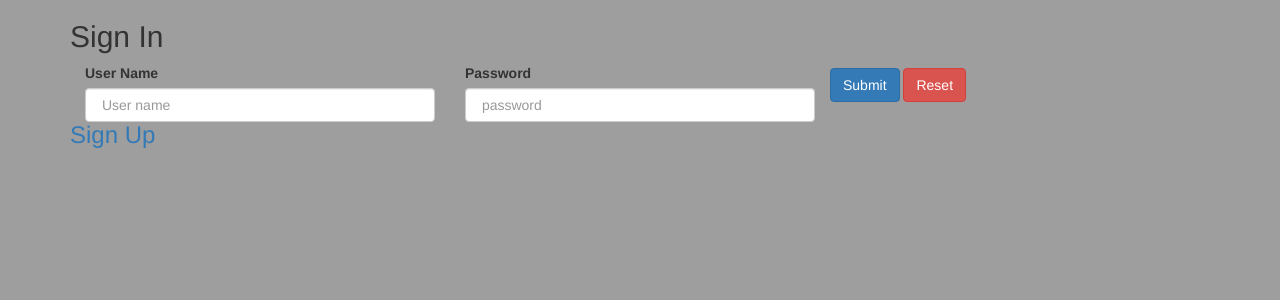
Repository: AravindMarshall/ShoppingCart
Page: http://localhost/Phineas/Login.jsp
The author's editor kept a copy of each file at every save. The page is drawn from the files as they stood at one save, then again after the next save.
The browser window is 1280 px wide. The pictures show the whole page.
The page is served by Tomcat 9. Other server files are loaded and not shown.

Above is the page before, as saved 2016-06-13 11:23:51.

### NIIT Shopping Cart/Phineas/WebContent/Login.jsp
<%@ page language="java" contentType="text/html; charset=ISO-8859-1"
    pageEncoding="ISO-8859-1"%>
<html>
<head>
<meta http-equiv="Content-Type" content="text/html; charset=ISO-8859-1">
<meta name="viewport" content="width=device-width, initial-scale=1">
  <link rel="stylesheet" href="http://maxcdn.bootstrapcdn.com/bootstrap/3.3.6/css/bootstrap.min.css">
  <script src="https://ajax.googleapis.com/ajax/libs/jquery/1.12.2/jquery.min.js"></script>
  <script src="http://maxcdn.bootstrapcdn.com/bootstrap/3.3.6/js/bootstrap.min.js"></script>

<title>Phineas Login</title>
</head>
<body>

<form action="LoginServlet" method ="post">


<div class="container">
  <body background="F:\Sample Car pictures\Car1.jpg">
      </div>

<div class= "Login">
<div class="container">
  <h2>Sign In </h2>
  <form role="form">
  <div class="form-group">
  <div class ="col-sm-4">
  <label for ="Name">User Name </label>
	<input type = "text" class="form-control" name = "userId" placeholder=" User name "></div>
	<!-- div class="form-group"-->
	<div class ="col-sm-4">
	<label for ="Pass">Password</label>
	<input type = "password" class="form-control" name = "password" placeholder=" password "></div></div>
<button type="submit" class="btn btn-primary">Submit</button>
<button type="Reset" class="btn btn-danger">Reset</button><br>
<a href = "Register.jsp"><h3>Sign Up</h3></a>
</form>
</div>
</div>
</form>

</body>
</html>

After the next save:
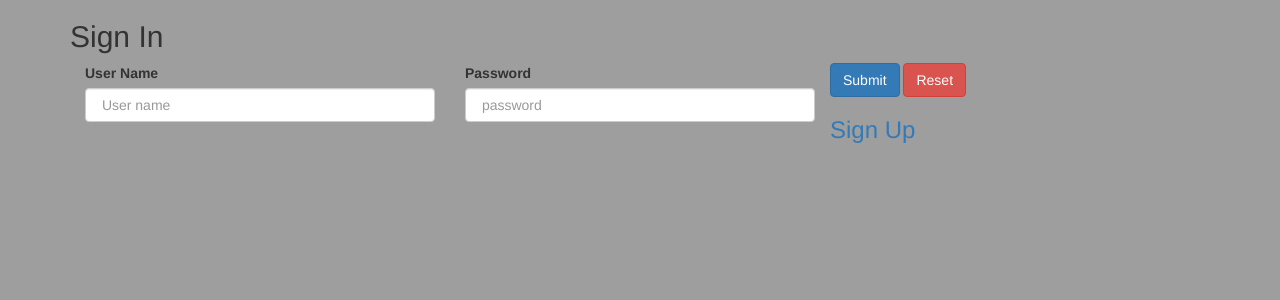
Saved 50 s later.
--- a/NIIT Shopping Cart/Phineas/WebContent/Login.jsp
+++ b/NIIT Shopping Cart/Phineas/WebContent/Login.jsp
@@ -30,10 +30,10 @@
 	<!-- div class="form-group"-->
 	<div class ="col-sm-4">
 	<label for ="Pass">Password</label>
-	<input type = "password" class="form-control" name = "password" placeholder=" password "></div></div>
+	<input type = "password" class="form-control" name = "password" placeholder=" password "></div>
 <button type="submit" class="btn btn-primary">Submit</button>
 <button type="Reset" class="btn btn-danger">Reset</button><br>
-<a href = "Register.jsp"><h3>Sign Up</h3></a>
+<a href = "Register.jsp"><h3>Sign Up</h3></a></div>
 </form>
 </div>
 </div>
